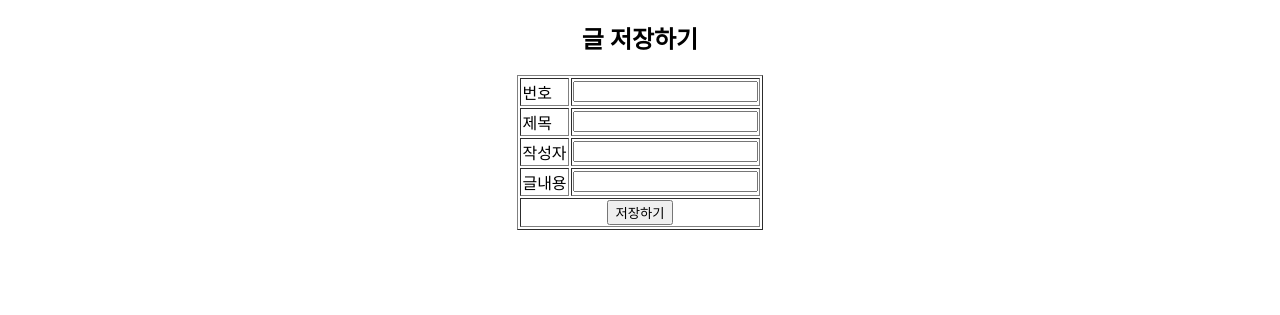
Repository: keechan/eclipse-sts3
Page: http://localhost/BoardWeb1013/board.jsp
These files come from the project's save history. The page is drawn as it stood at one moment and after the next save; the edit follows.
The browser window is 1280 px wide. The pictures show the whole page.
The page is served by Tomcat 9. Nobody is signed in. The application's start-up code is not run. Other server files are loaded and not shown.

Above is the page before, as saved 2023-10-13 04:14:27.

### BoardWeb1013/src/main/webapp/board.jsp
<%@ page language="java" contentType="text/html; charset=UTF-8"
    pageEncoding="UTF-8"%>
<!DOCTYPE html>
<html>
<head>
<meta charset="UTF-8">
<title>Insert title here</title>
</head>
<body>
	<div align="center">
	<h2>글 저장하기</h2>
	<form action="insertBoard.do">
		<table border=1>
			<tr>
				<td>번호</td>
				<td><input type=text name="seq"></td>
			</tr>
			<tr>
				<td>제목</td>
				<td><input type=text name="title"></td>
			</tr>
			<tr>
				<td>작성자</td>
				<td><input type=text name="writer"></td>
			</tr>
			<tr>
				<td>글내용</td>
				<td>
					<input type=textarea cols=40 rows=4 name="content">
				</td>
			</tr>
			<tr>
				<td colspan=2 align="center">
				<input type=submit value="저장하기"></td>
			</tr>
		</table>
	</form>
	</div>
</body>
</html>

After the next save:
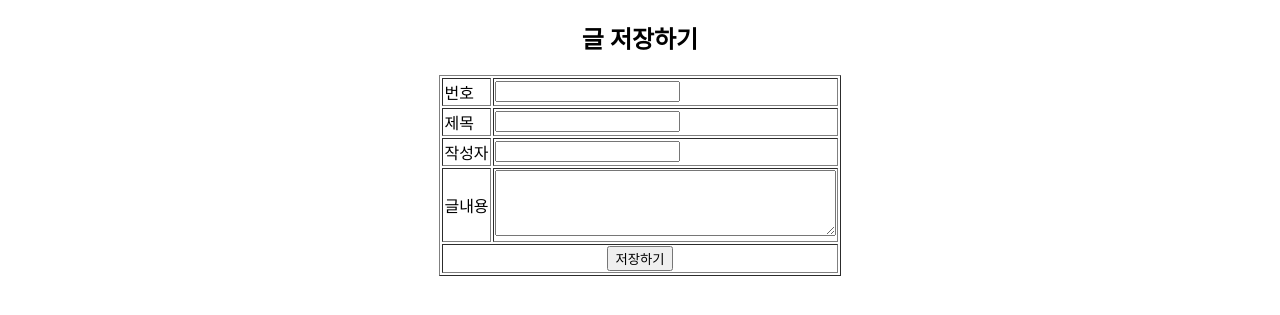
Saved 103 s later.
--- a/BoardWeb1013/src/main/webapp/board.jsp
+++ b/BoardWeb1013/src/main/webapp/board.jsp
@@ -26,7 +26,7 @@
 			<tr>
 				<td>글내용</td>
 				<td>
-					<input type=textarea cols=40 rows=4 name="content">
+					<textarea cols=40 rows=4 name="content"></textarea>
 				</td>
 			</tr>
 			<tr>
